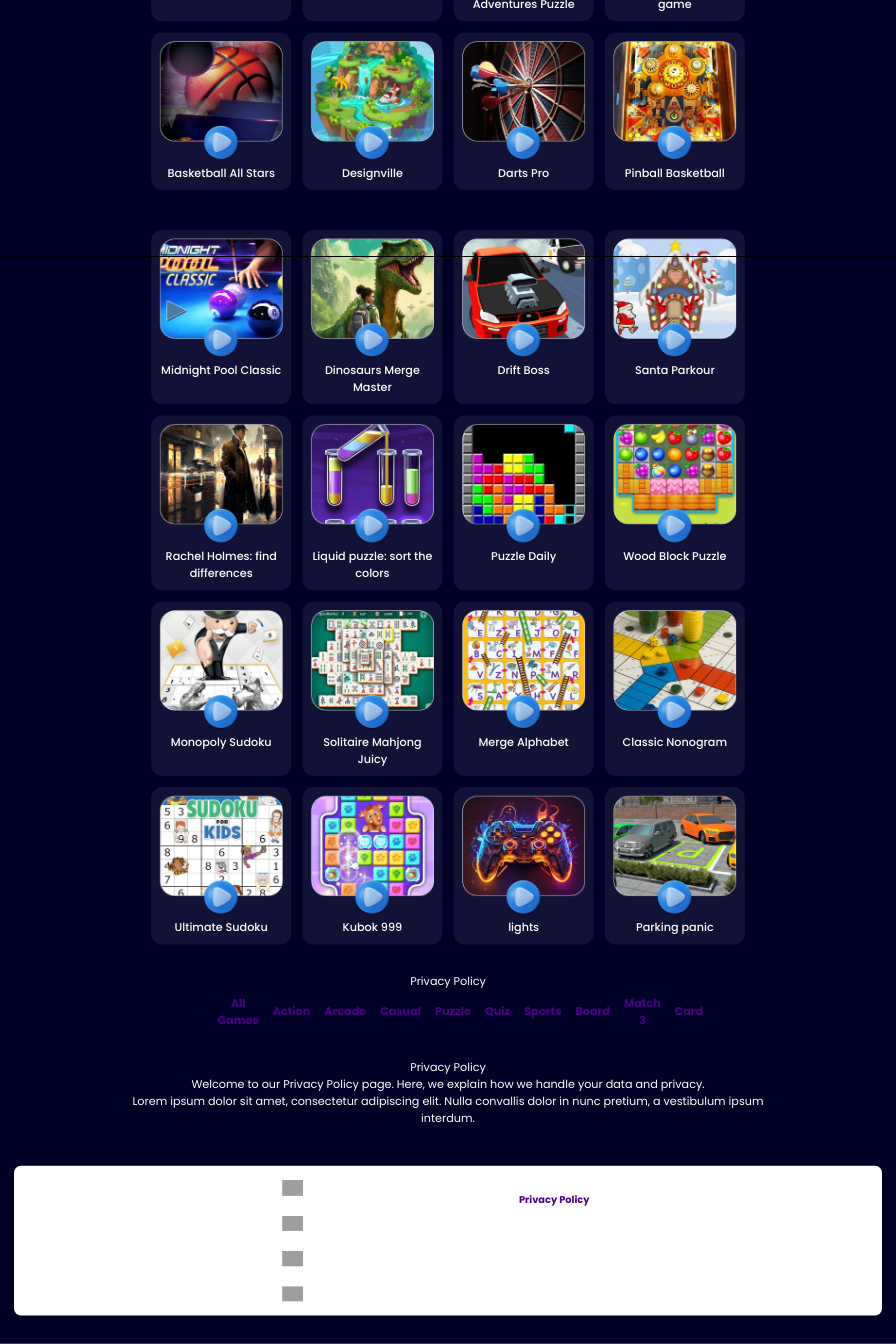
Repository: meenadabhii/jpygames.com
Page: http://localhost/
An editor plug-in stored every save of this project. The page is shown before and after a run of saves, followed by the edit.
The browser window is 1280 px wide. The pictures show the part of the page from y = 2538 to 4458 px (the page is 4458 px tall), at 70% of full size.
Pictures or frames that could not be fetched are drawn as grey boxes. Some web libraries are served in a nearby version. The page is served by the project's Node server (app.js).

Above is the page before, as saved 2025-02-08 10:17:50.
Console error: ReferenceError: googletag is not defined

After the next 2 saves:
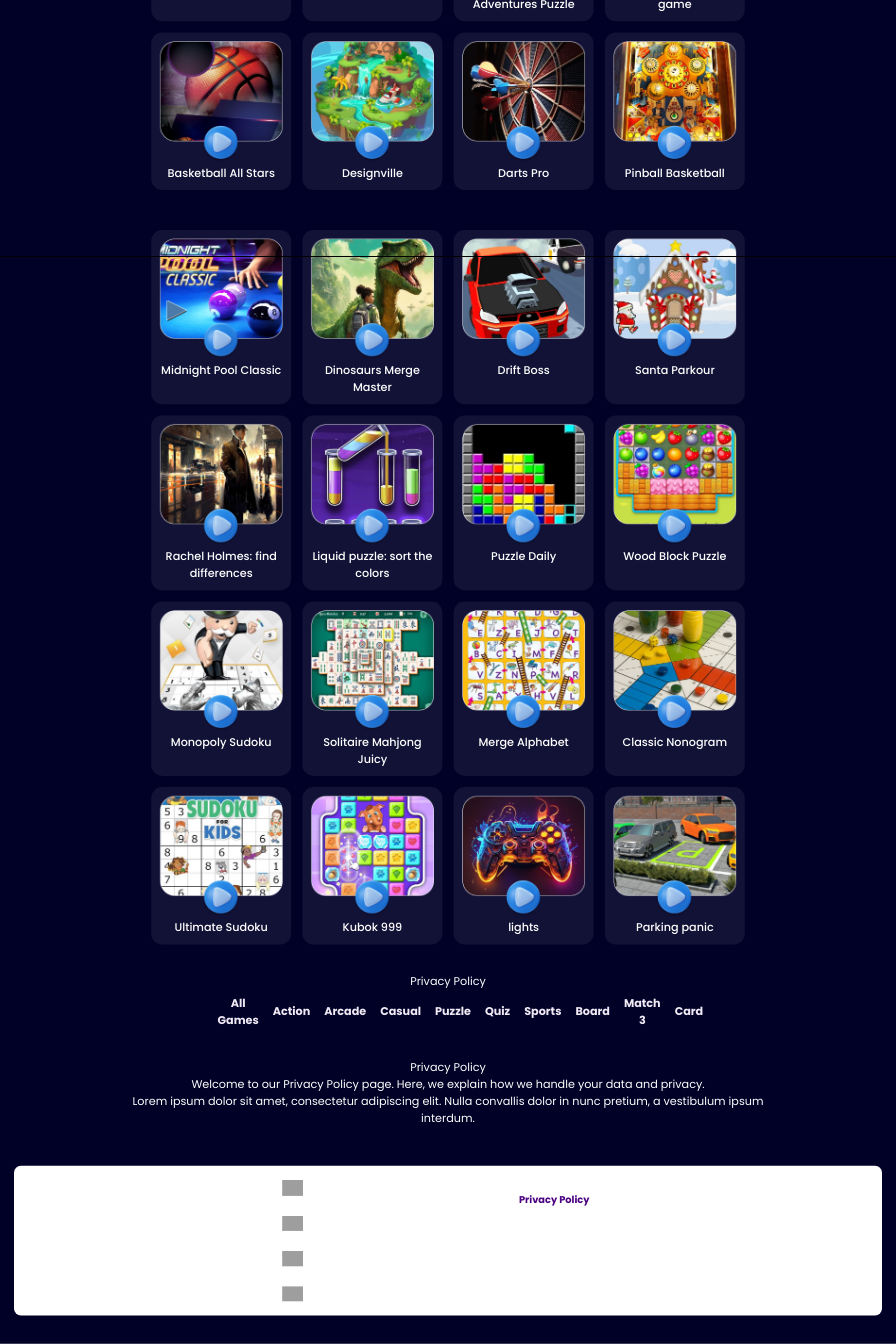
The 2 saves are shown as one change because they came seconds apart.
The last was saved 21 s later.
--- a/nodejs/views/footer.ejs
+++ b/nodejs/views/footer.ejs
@@ -34,7 +34,7 @@
 
         }
         .navbar a {
-            color: #4B0082;
+            color: hsl(275, 38%, 94%);
             text-decoration: none;
             margin: 0 10px;
             font-weight: bold;
